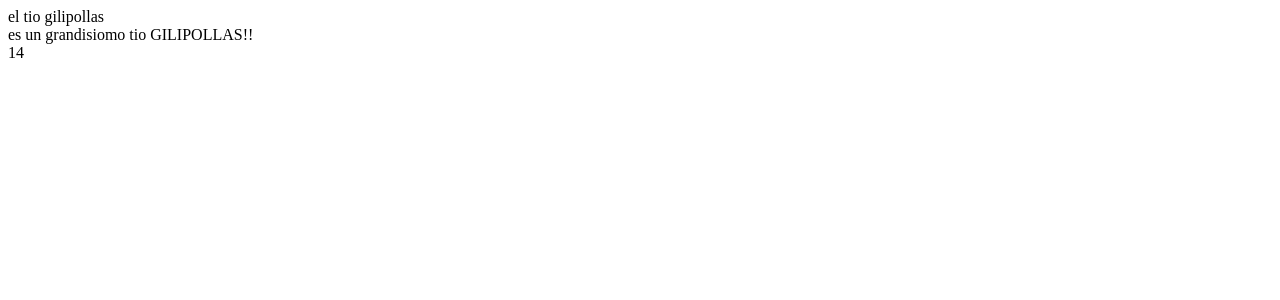
Repository: LionardoGomiz/CRUD-JS-VAINILLA
Page: http://localhost/gilipollas.php
An editor plug-in stored every save of this project. The page is shown before and after the next save, followed by the edit.
The browser window is 1280 px wide. The pictures show the whole page.
The page is run by PHP 8.4 with error messages shown; the project is at /var/www/html/.

Above is the page before, as saved 2021-08-13 20:03:22.

### gilipollas.php
<?php

$palabra = "el tio ";
$palabbra2 = "gilipollas";

echo ($palabra.$palabbra2);

$num1 = 12;
$num2 = 2;
echo "<br>";

if ($num1 == 8) {
    echo "ueted no es un gilipollas";
}else{
    echo "es un grandisiomo tio GILIPOLLAS!!";
}

echo "<BR>";

echo ($num1+$num2);

After the next save:
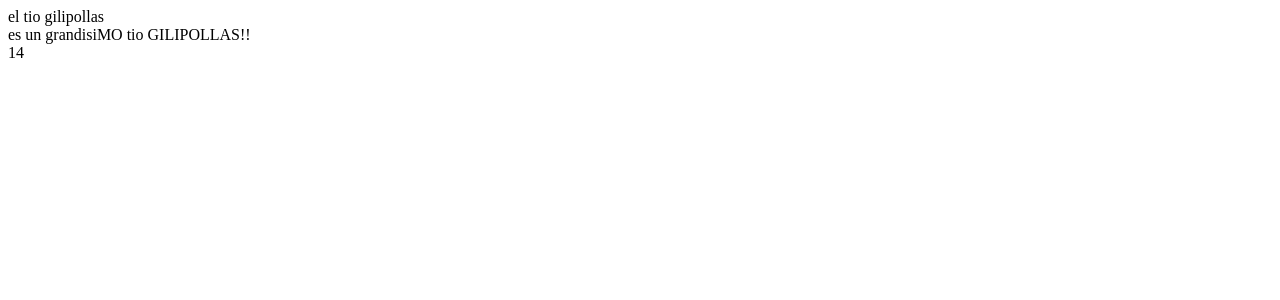
Saved 26 s later.
--- a/gilipollas.php
+++ b/gilipollas.php
@@ -12,7 +12,7 @@ echo "<br>";
 if ($num1 == 8) {
     echo "ueted no es un gilipollas";
 }else{
-    echo "es un grandisiomo tio GILIPOLLAS!!";
+    echo "es un grandisiMO tio GILIPOLLAS!!";
 }
 
 echo "<BR>";
